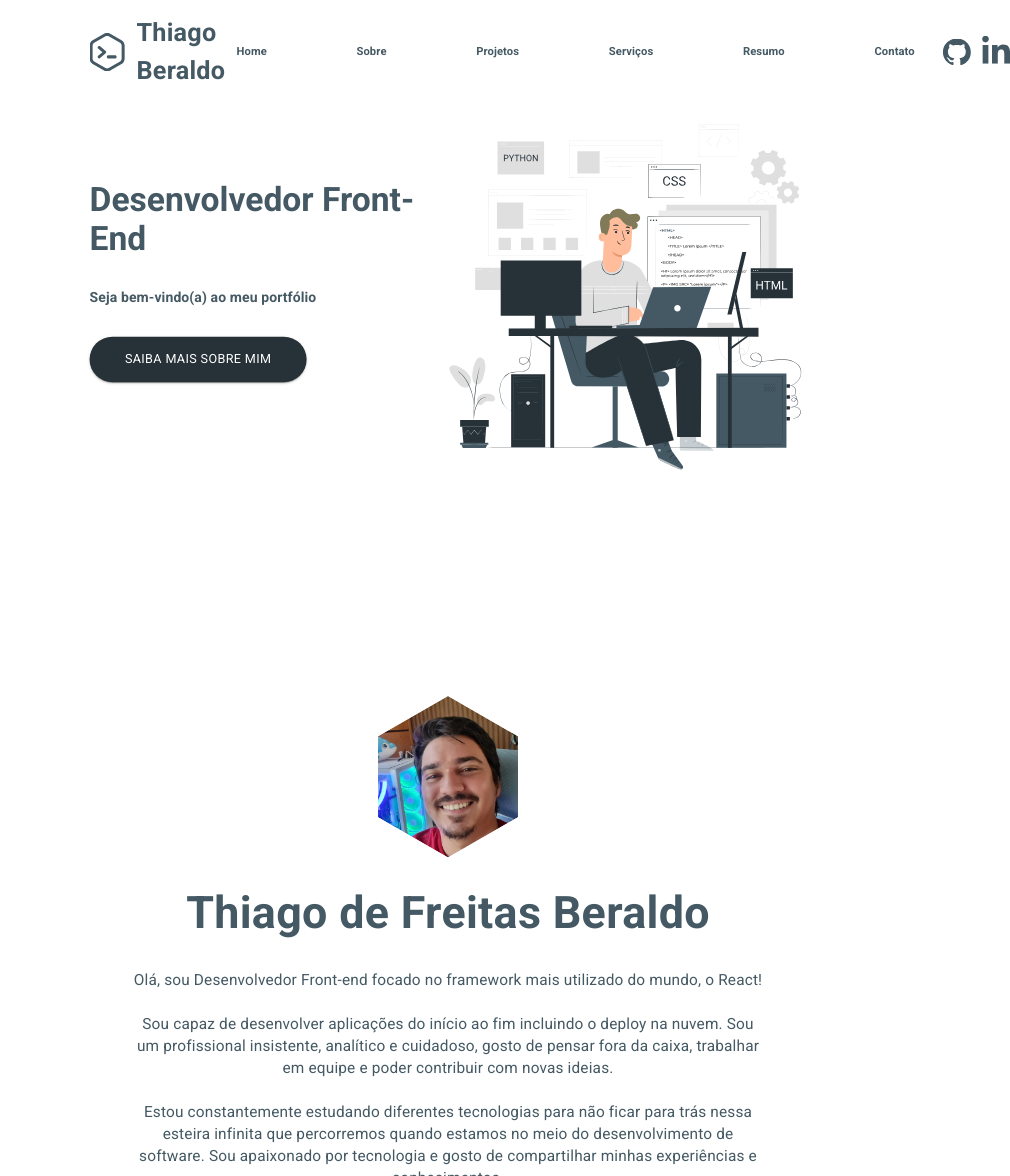
Repository: lenx0/myportfolio
Page: /
These files come from the project's save history. The page is drawn as it stood at one moment and after the next save; the edit follows.
The browser window is 1280 px wide. The page is 1443 px wide, then 1280 px, then 1443 px, so the pictures cover 1443 px, including what lies to the right of the window. The pictures show the part of the page from y = 0 to 1680 px (the page is 4865 px tall before and 720 px after), at 70% of full size.
The project was rebuilt for these pictures with package versions that can differ from the ones it lists, and the page was loaded fresh each time. Also part of the build but not shown: vite.config.js.

Above is the page before, as saved 2024-06-11 19:59:00.

After the next save:
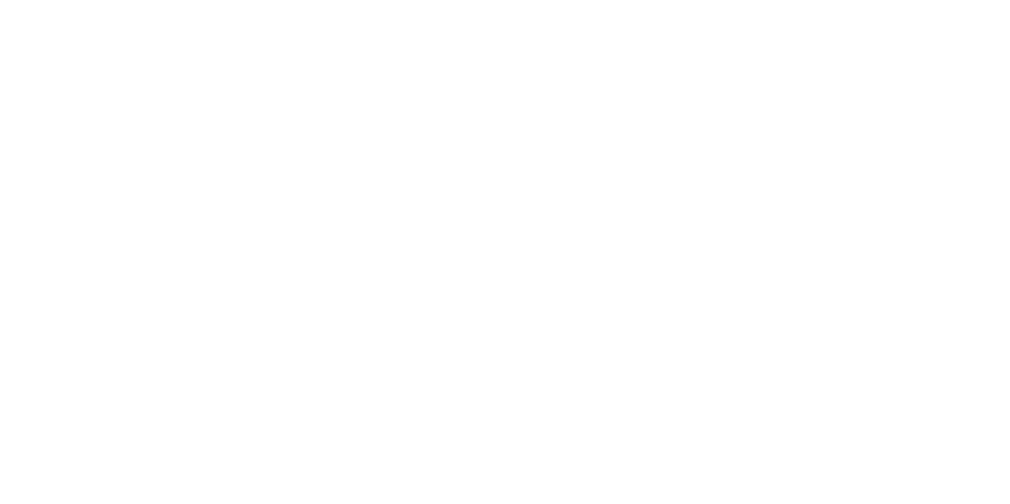
Console error (its wording comes from the project's code and is left out).
Saved 8 s later.
--- a/src/components/Projects/index.jsx
+++ b/src/components/Projects/index.jsx
@@ -1,35 +1,38 @@
 import React from "react";
 import { Box, Grid, Typography } from "@mui/material";
 import CustomCard from "./card";
-
-const generateImageArray = (prefix, count) => {
-  const images = [];
-  for (let i = 1; i <= count; i++) {
-    images.push(new URL(`/src/assets/images/${prefix}${i}.png`, import.meta.url).href);
-  }
-  return images;
-};
 
 const projectsData = [
   {
     title: "Lenx Delivery",
     images: generateImageArray("delivery", 3), // 3 imagens de delivery
-    description: "Projeto demonstrativo onde você consegue visualizar um cardápio, escolher o local de entrega e realizar o pedido.",
-    technologies: ["React", "Javascript", "HTML", "CSS", "Material-UI", "Node", "MongoDB", "MapBox"]
+    description:
+      "Projeto demonstrativo onde você consegue visualizar um cardápio, escolher o local de entrega e realizar o pedido.",
+    technologies: "Tecnologias: React, Javascript, HTML, CSS, Material-UI, Node, MongoDB, MapBox"
   },
   {
     title: "PokeAPI",
     images: generateImageArray("poke", 5), // 5 imagens de poke
-    description: "Neste site podemos visualizar todos os detalhes dos pokémon existentes consumindo a PokeAPI.",
-    technologies: ["Next", "React", "Javascript", "HTML", "CSS", "Material-UI"]
+    description:
+      "Neste site podemos visualizar todos os detalhes dos pokémon existentes consumindo a PokeAPI.",
+    technologies: "Tecnologias: Next, React, Javascript, HTML, CSS, Material-UI"
   },
   {
     title: "Gerenciamento de Negócios",
     images: generateImageArray("manager", 5), // 5 imagens de manager
-    description: "Página desenvolvida para oferecer serviços de gerenciamento de negócios.",
-    technologies: ["React", "Vite", "Javascript", "HTML", "CSS", "Material-UI"]
+    description:
+      "Página desenvolvida para oferecer serviços de gerenciamento de negócios.",
+    technologies: "Tecnologias: React, Vite, Javascript, HTML, CSS, Material-UI"
   }
 ];
+
+function generateImageArray(prefix, count) {
+  const images = [];
+  for (let i = 1; i <= count; i++) {
+    images.push(require(`/assets/images/${prefix}${i}.png`));
+  }
+  return images;
+}
 
 const Projects = () => {
   return (
@@ -46,18 +49,10 @@
           {projectsData.map((project, index) => (
             <CustomCard
               key={index}
-              title={
-                <Typography variant="h5" component="div">
-                  {project.title}
-                </Typography>
-              }
+              title={project.title}
               images={project.images}
-              description={
-                <Typography component="div">
-                  {project.description}
-                </Typography>
-              }
-              technologies={project.technologies}
+              description={<Typography>{project.description}</Typography>}
+              technologies={<Typography>{project.technologies}</Typography>}
             />
           ))}
         </Grid>

After the save that followed:
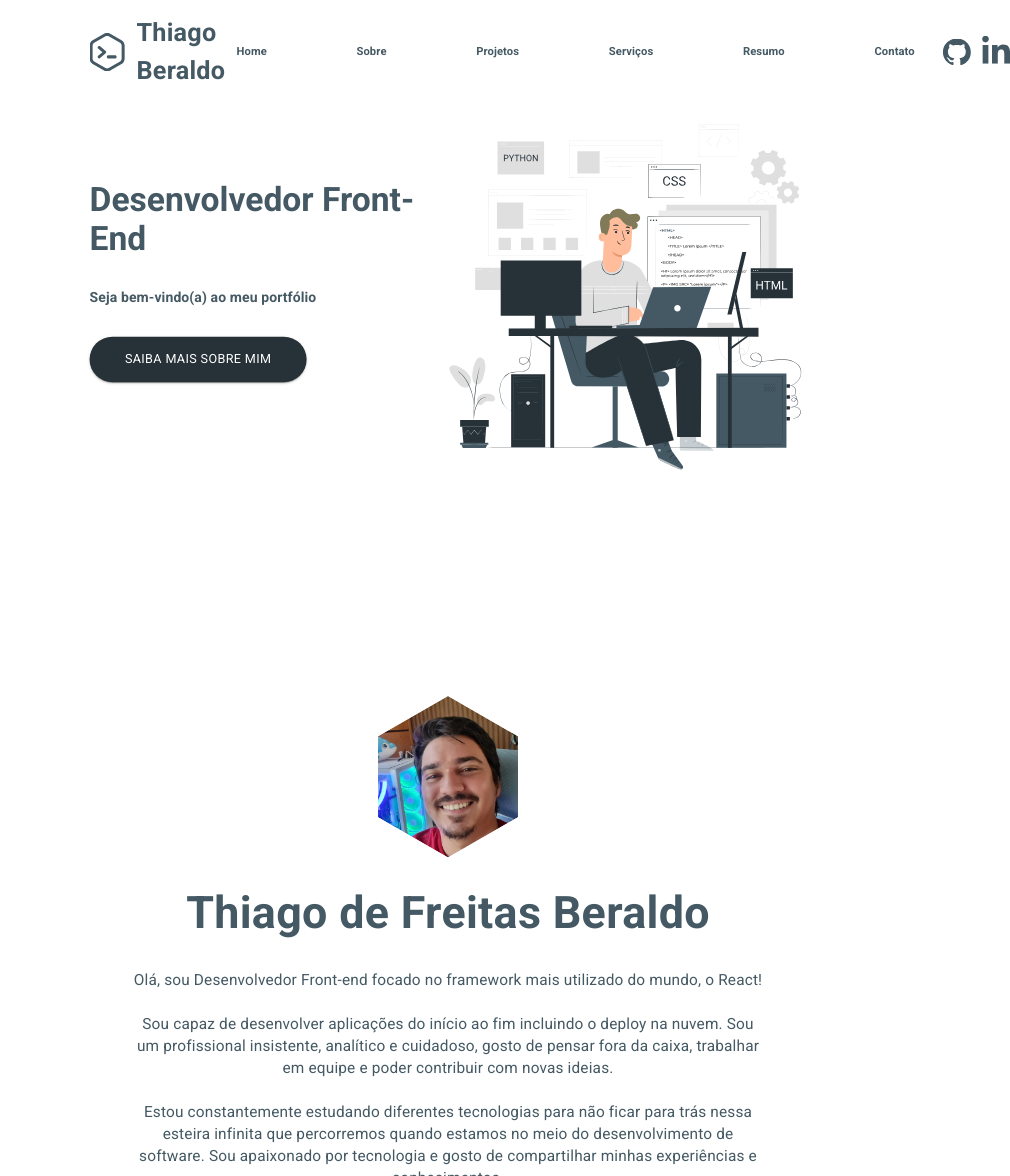
The error is gone.
Saved 45 s later.
--- a/src/components/Projects/index.jsx
+++ b/src/components/Projects/index.jsx
@@ -29,7 +29,7 @@
 function generateImageArray(prefix, count) {
   const images = [];
   for (let i = 1; i <= count; i++) {
-    images.push(require(`/assets/images/${prefix}${i}.png`));
+    images.push(`/assets/images/${prefix}${i}.png`);
   }
   return images;
 }
